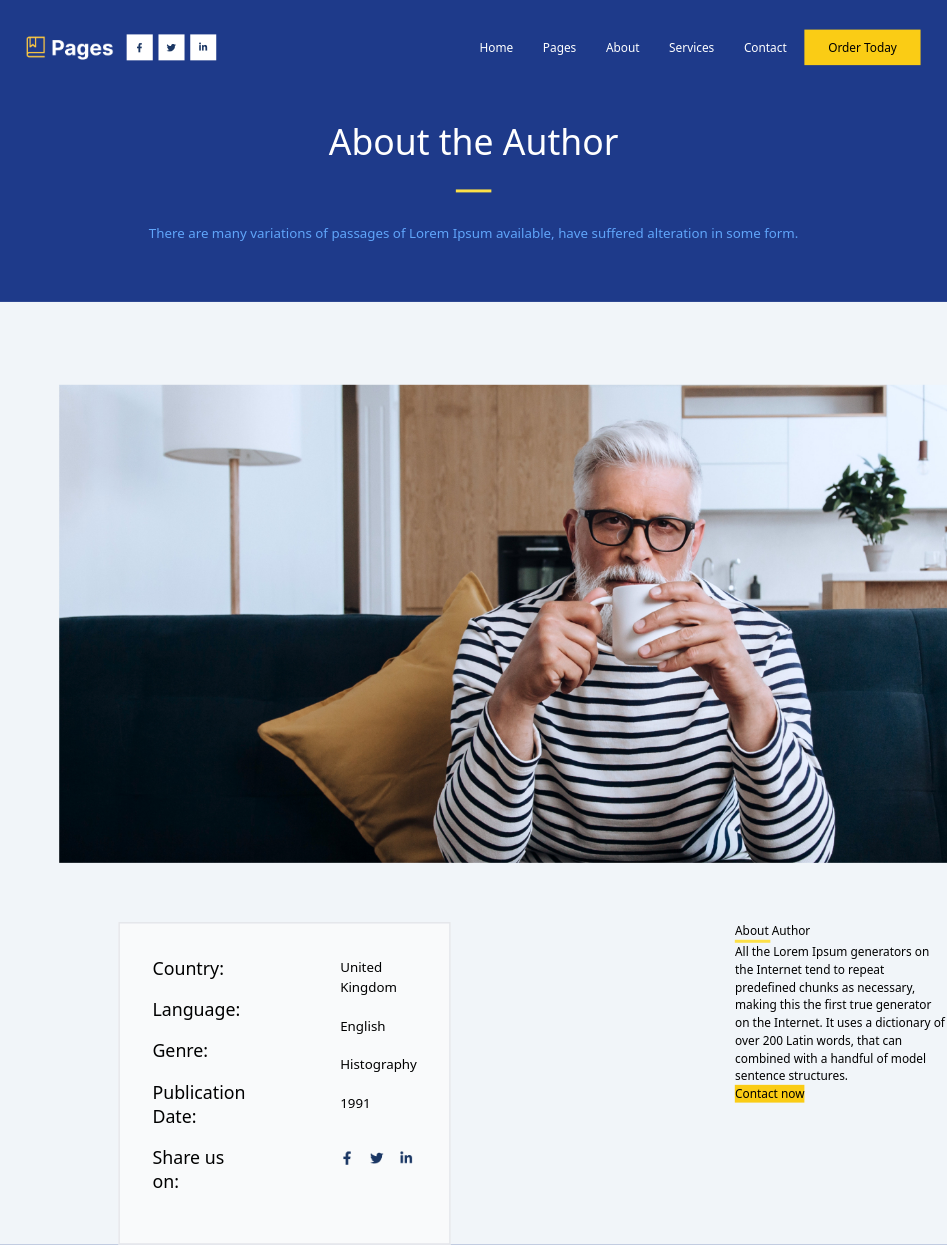
Repository: Godnorg/Class3
Page: index.html
An editor plug-in stored every save of this project. The page is shown before and after a run of saves, followed by the edit.
The browser window is 1280 px wide. The pictures show the whole page, at 74% of full size.
Some web libraries are served in a nearby version.

Above is the page before, as saved 2023-02-20 02:35:48.

### index.html
<!DOCTYPE html>
<html lang="en">
<head>
    <meta charset="UTF-8">
    <meta http-equiv="X-UA-Compatible" content="IE=edge">
    <meta name="viewport" content="width=device-width, initial-scale=1.0">
    <title>Class3</title>
    <script src="https://cdn.tailwindcss.com"></script>
</head>
<body class="w-full bg-blue-900">
<div class="flex items-center justify-between w-full pt-10 mx-auto px-9 max-w-7xl">
    <div class="flex gap-4 ">
    <img src="./Logo.png">
    <img src="./soc-icons.png" class="h-9">
    </div>
    <div class="flex gap-6">
        <ul class="flex items-center gap-10 text-white">
            <li><a href="#">Home</a></li>
            <li><a href="#">Pages</a></li>
            <li><a href="#">About</a></li>
            <li><a href="#">Services</a></li>
            <li><a href="#">Contact</a></li>
        </ul>
        <button class="px-8 py-3 mx-auto bg-yellow-400 font-sans-serif">Order Today</button>
    </div>
    </div>
    <div class="items-center mx-auto">
    <h1 class="items-center pt-20 pb-10 text-5xl text-center text-white">About the Author</h1>
        <div
            class="items-center w-12 h-1 mx-auto text-center bg-yellow-300">
        </div>
        <p class="items-center pt-10 pb-20 mx-auto text-lg text-center text-blue-400">There are many variations of passages of Lorem Ipsum available, have suffered alteration in some form.</p>
    </div>

    <div class= " bg-slate-100">
        <div class="relative w-full pb-20 pl-20 mx-auto pt-28 max-w-7xl">
        <img src="./oldman2.jpg">
        </div>
        <div class="flex flex-row">
        <div class="max-w-xl ml-40 mr-96 bg-gray-50">
            <div class="flex mt-0 border-2 pt-11 px-11 pb-11">
                <div class="pr-32">
                <h2 class="pb-6 text-2xl">Country:</h2>
                <h2 class="pb-6 text-2xl">Language:</h2>
                <h2 class="pb-6 text-2xl">Genre:</h2>
                <h2 class="pb-6 text-2xl">Publication Date:</h2>
                <h2 class="pb-6 text-2xl">Share us on:</h2>
                </div>
                <div class="p-0">
                <p class="pb-6 pr-0 text-lg">United Kingdom</p>
                <p class="pb-6 pr-0 text-lg">English</p>
                <p class="pb-6 pr-0 text-lg">Histography</p>
                <p class="pb-6 pr-0 text-lg">1991</p>
                <img src="./socialmedia.png" class="pb-6 pr-0 pt-7">
                </div>
            </div>
        </div>
        <div>
          <h1>About Author</h1>
          <div class="w-12 h-1 bg-yellow-300"></div>
          <p>All the Lorem Ipsum generators on the Internet tend to repeat predefined chunks as necessary, making this the first true generator on the Internet. It uses a dictionary of over 200 Latin words, that can combined with a handful of model sentence structures.</p>
          <button class="mx-auto bg-yellow-400 font-sans-serif">Contact now</button>
        </div>
    </div>
</div>

</body>
</html>

After the next 3 saves:
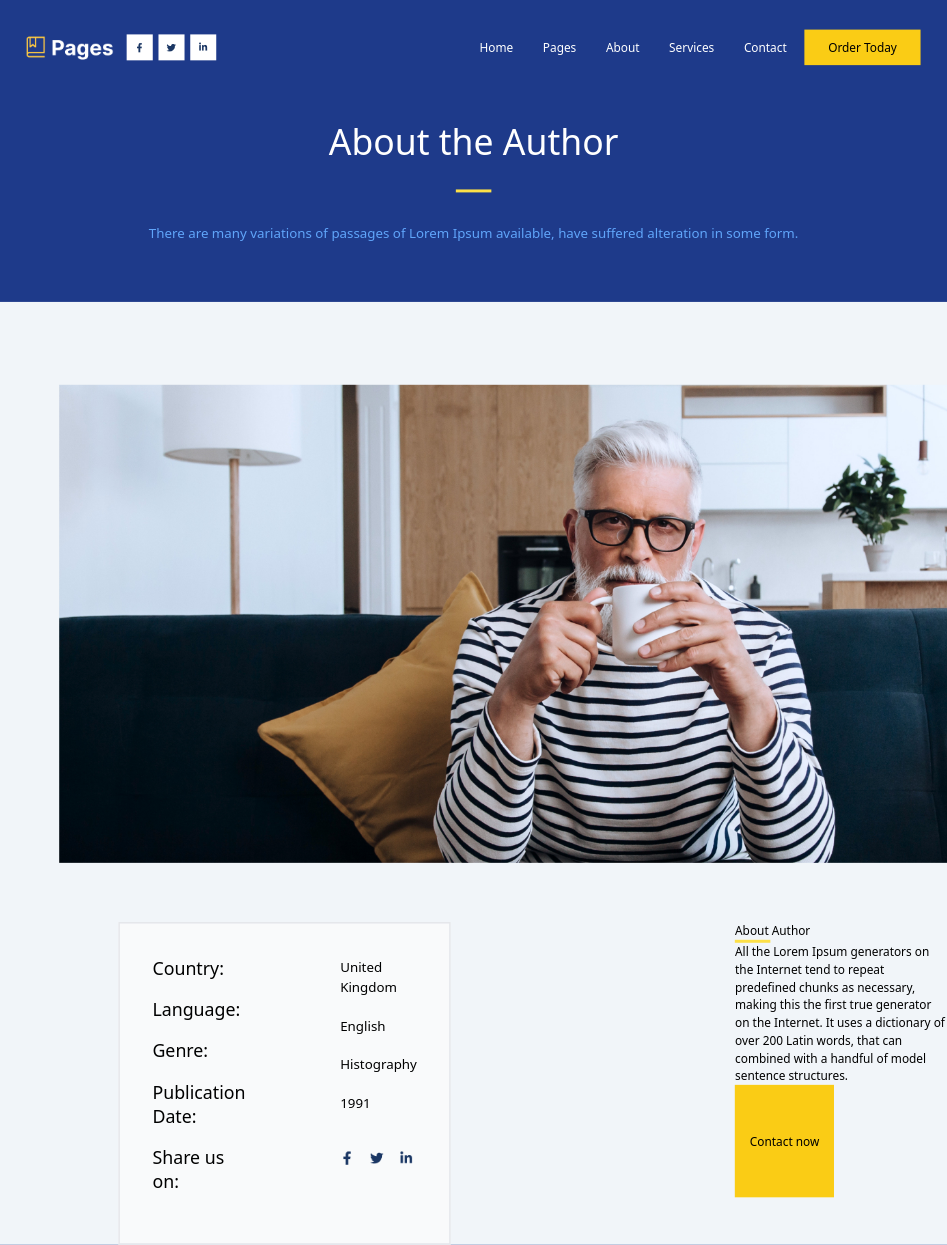
The 3 saves are shown as one change because they came seconds apart.
The last was saved 34 s later.
--- a/index.html
+++ b/index.html
@@ -59,7 +59,7 @@
           <h1>About Author</h1>
           <div class="w-12 h-1 bg-yellow-300"></div>
           <p>All the Lorem Ipsum generators on the Internet tend to repeat predefined chunks as necessary, making this the first true generator on the Internet. It uses a dictionary of over 200 Latin words, that can combined with a handful of model sentence structures.</p>
-          <button class="mx-auto bg-yellow-400 font-sans-serif">Contact now</button>
+          <button class="px-5 py-16 mx-auto bg-yellow-400 font-sans-serif">Contact now</button>
         </div>
     </div>
 </div>
